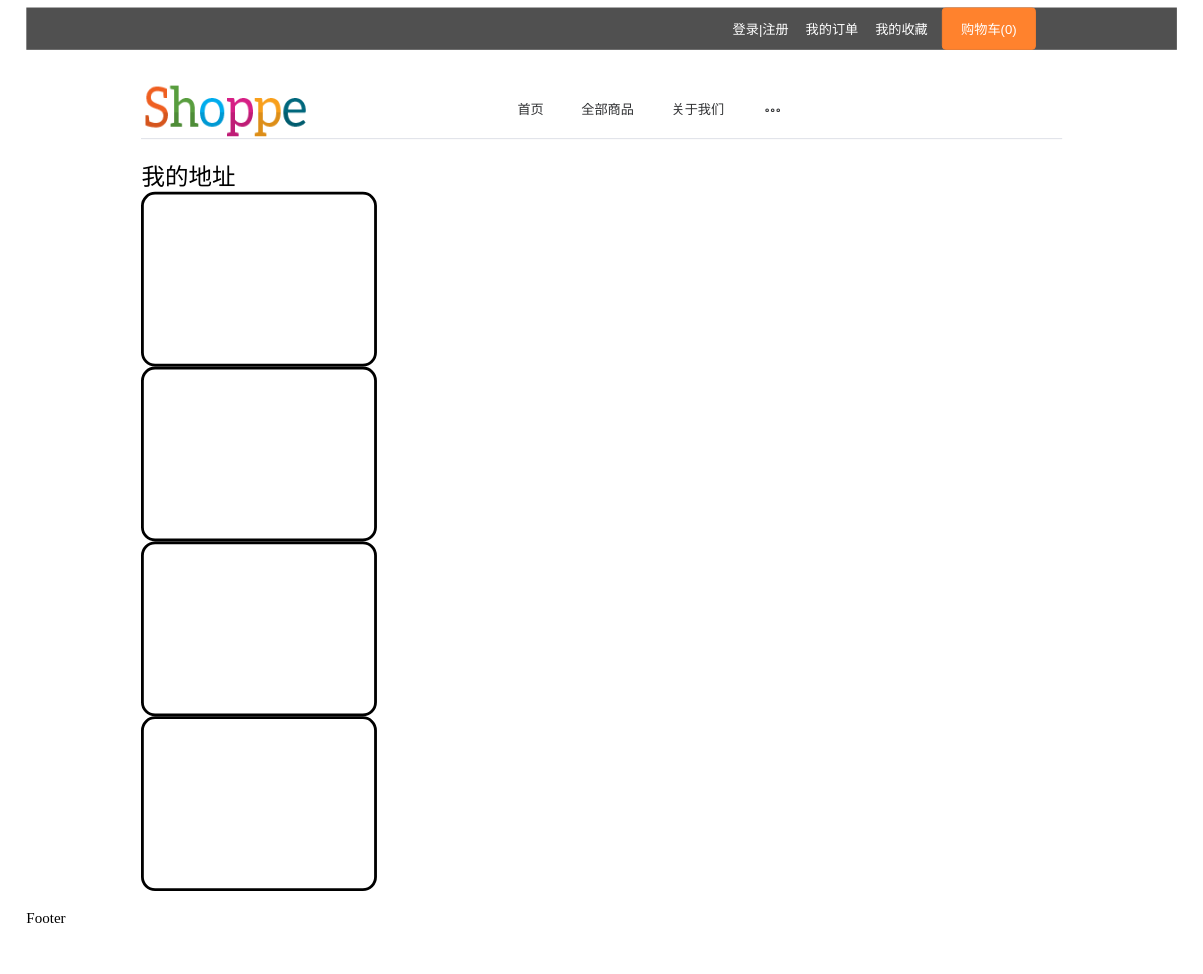
Repository: zhenghaochang/---
Page: /#/confirmOrder (app in xiaomi/)
The author's editor kept a copy of each file at every save. The page is drawn from the files as they stood at one save, then again after the next save.
The browser window is 1280 px wide. The pictures show the whole page, at 94% of full size.
The project was rebuilt for these pictures with package versions that can differ from the ones it lists, and the page was loaded fresh each time. Also part of the build but not shown: xiaomi/vite.config.js.

Above is the page before, as saved 2025-08-03 15:57:17.

### xiaomi/src/main.js
import { createApp } from 'vue';
import ElementPlus from 'element-plus';
import 'element-plus/dist/index.css';
import router from './router/router';
import App from './App.vue';
import * as ElementPlusIconsVue from '@element-plus/icons-vue';
import { createPinia } from 'pinia';
import piniaPluginPersistedstate from 'pinia-plugin-persistedstate'
const app = createApp(App);
const pinia = createPinia();
pinia.use(piniaPluginPersistedstate)
app.use(pinia);
for (const [key, component] of Object.entries(ElementPlusIconsVue)) {
    app.component(key, component);
}
app.use(router);
app.use(ElementPlus);
app.mount('#app');

### xiaomi/src/router/router.js
import {createRouter,createWebHashHistory} from 'vue-router'

let router = createRouter({
    history:createWebHashHistory(),
    routes:[
        {
            path:"/",
            component:()=>import('../components/main.vue'),
            redirect:"/home",
            children:[
                {
                    path:"/home",
                    component:() => import('../view/home.vue')
                },
                {
                    path:"/allGoods",
                    component:() => import('../view/allGoods.vue')
                },
                {
                    path:"/goods",
                    component:()=>import('../view/goods.vue')
                },
                {
                    path:"/orderList",
                    component:()=> import('../view/orderList.vue')
                },
                {
                    path:"/shoppingCart",
                    component:()=> import('../view/shoppingCart.vue')
                },
                {
                    path:"/collection",
                    component:()=> import('../view/collection.vue')
                },
                {
                    path:"/confirmOrder",
                    component:()=>import('../view/confirmOrder.vue')
                }
            ]
        }
    ]
})

export default router

### xiaomi/src/App.vue
<script setup>
import Menu from '../src/components/menu.vue'


</script>

<template>
    <div>
        <el-container>
            <el-header class="header"><Menu></Menu></el-header>
            <el-main class="main"><router-view></router-view></el-main>
            <el-footer>Footer</el-footer>
        </el-container>
    </div>
</template>

<style scoped>
.header{
/*     background-color: blue; */
    width:100%
}
/* .main{
    background-color: blue;
    width: 100%;
    display:flex;
    flex-direction: column;
    justify-content: center;
} */
</style>

### xiaomi/src/components/main.vue
<script setup>
import logo from '../assets/img/logo.png'
import { Search } from '@element-plus/icons-vue'
import {useRoute,useRouter} from 'vue-router'
import {goodsList, selectParam,total} from '../global/global'
import {getGoodsList} from '../global/global'

const router = useRouter()
const route = useRoute()

async function search(){
    console.log(selectParam.value.goodsName)
    router.push("/allGoods")
    getGoodsList()
}

</script>

<template>
    <div class="base_div">
        <!-- 菜单div -->
        <div style="width:80%;margin-bottom:20px">
            <el-menu
                :default-active="route.path"
                class="menu"
                mode="horizontal"
                @select="handleSelect"
                router
            >
                <div>
                    <img style="width:180px;height:60px;margin-right:200px" :src="logo" alt="">
                </div>
                <el-menu-item class="menu_item" index="/home">首页</el-menu-item>
                <el-menu-item class="menu_item" index="/allGoods">全部商品</el-menu-item>
                <el-menu-item class="menu_item" index="/aboutUs">关于我们</el-menu-item>
                <div>
                    <el-input
                        v-model="selectParam.goodsName"
                        style="margin-left:200px;width:250px"
                        placeholder="请输入商品名称"
                        class="input-with-select"

                    >
                        <template #append>
                            <el-button @click="search" :icon="Search" />
                        </template>
                    </el-input>
                </div>
            </el-menu>
        </div>
        <!-- 菜单div END -->
        <!-- 主体div -->
        <div style="width:100%">
            <router-view></router-view>
        </div>
    </div>
</template>

<style scoped>
.base_div{
    width: 100%;
    display:flex;
    flex-direction: column;
    align-items:center;
}
.menu{
    display:flex;
    align-items: center;
}
.menu_item{
    background-color: transparent !important;
}
</style>

### xiaomi/src/view/confirmOrder.vue
<script setup>

</script>

<template>
    <div class="base_div">
        <div style="width:80%;display:flex;flex-direction:column">
            <span style="font-size:25px">我的地址</span>
            <!-- <el-scrollbar style="display:flex;flex-wrap:wrap;justify-content:space-between" height="250px">

            </el-scrollbar> -->
            <div class="address_div" v-for="item in 4" :key="item">

            </div>
        </div>
    </div>
</template>

<style scoped>
.base_div{
    width: 100%;
    display: flex;
    flex-direction: column;
    align-items:center;
}
.address_div{
    width: 25%;
    height:180px;
    border-radius: 15px;
    border: 3px solid;

}
</style>

### xiaomi/src/components/menu.vue
<script setup>
import {ref,reactive} from 'vue'
import request from '../request/index'
import { ElMessage } from 'element-plus'
import {useUserStore} from '../store/index'
import {loginVisible,registVisible} from '../global/global'
import {useRouter,useRoute} from 'vue-router'


const store = useUserStore()
const router = useRouter()


const loginForm = ref({
    username:'',
    password:''
})

const registForm = ref({
    username:'',
    password:'',
    rePassword:'',
    name:''
})

const user = ref({
    id:0,
    username:'',
    name:'',
    numInCart:0,
    token:''
})

const loginFormRef = ref()
const registFormRef = ref()

const validateUsername = (rule,value,callback)=>{
    if(value.length==0){
      callback(new Error("用户名不能为空"))
    }else{
      callback()
    }
  }

  const validatePassword = (rule,value,callback)=>{
    if(value.length<4){
      callback(new Error("密码小于4位"))
    }else{
      callback()
    }
  }

  const validateRePassword = (rule,value,callback)=>{
    if(value.length<4){
      callback(new Error("密码小于4位"))
    }else{
      if(value != registForm.value.password){
        callback(new Error("密码不一致"))
      }else{
        callback()
      }
    }
  }

  const rules = {
    username:[{required:true,message:'用户名不能为空',validator:validateUsername}],
    password:[{required:true,message:'密码必须大于4位',validator:validatePassword}],
    rePassword:[{required:true,validator:validateRePassword}]
  }


async function login(){
    const valid = await loginFormRef.value.validate
    if(valid){
        let {data} = await request.post("/user/login",loginForm.value)
        if(data.code == 200){
            ElMessage.success('登录成功')
            user.value = data.data
            store.changeInfo(user.value)
            loginVisible.value = false
            location.reload()
        }else{
            ElMessage.error(data.msg)
        }
    }
}

async function regist(){
    const valid = await registFormRef.value.validate
    if(valid){
        let {data} = await request.post("/user/regist",registForm.value)
        if(data.code == 200){
            ElMessage.success('注册成功')
            registVisible.value = false
            loginVisible.value = true
        }else{
            ElMessage.error(data.msg)
        }
    }
}

function logout(){
    store.logout()
    location.reload()
}

</script>

<template>
    <div class="base_div">
        <el-button color="rgb(80,80,80)" @click="loginVisible = true" v-if="store.id==0" link>登录|注册</el-button>
        <div style="display:flex;align-items:center;margin-right:10px" v-else>
            <el-button color="rgb(80,80,80)" link>欢迎{{store.name}}</el-button>
            <el-button color="rgb(80,80,80)" @click="logout" link>退出登录</el-button>
        </div>
        <el-button color="rgb(80,80,80)" @click="()=>{router.push('/orderList')}" link>我的订单</el-button>
        <el-button color="rgb(80,80,80)" @click="()=>{router.push('/collection')}" link>我的收藏</el-button>
        <el-button  style="margin-right:150px;width:100px;height:100%;color:white"
         color="rgb(255,130, 45)"
         @click="()=>{router.push('/shoppingCart')}"
        >
            购物车({{store.numInCart}})
        </el-button>

        <!-- 登录窗口 -->
        <el-dialog v-model="loginVisible"  title="登录" width="300">
            <el-form :model="loginForm" ref="loginFormRef" :rules="rules">
                <el-form-item label="用户名" prop="username" :label-width="70">
                    <el-input v-model="loginForm.username" autocomplete="off" />
                </el-form-item>
                <el-form-item label="密码" prop="password" :label-width="70">
                    <el-input v-model="loginForm.password" autocomplete="off" type="password" show-password />
                </el-form-item>
            </el-form>
            <template #footer>
                <div style="display:flex;justify-content:space-between;align-items:center">
                    <el-button type="warning" @click="registVisible = true">注册</el-button>
                    <div>
                        <el-button @click="loginVisible = false">取消</el-button>
                        <el-button type="primary" @click="login">
                        登录
                        </el-button>
                    </div>

                </div>
            </template>
        </el-dialog>
        <!-- 登录窗口END -->
        <!-- 注册窗口 -->
        <el-dialog v-model="registVisible"  title="注册" width="350">
            <el-form :model="registForm" ref="registFormRef" :rules="rules">
                <el-form-item label="用户名" prop="username" :label-width="80">
                    <el-input v-model="registForm.username" autocomplete="off" />
                </el-form-item>
                <el-form-item label="密码" prop="password" :label-width="80">
                    <el-input v-model="registForm.password" autocomplete="off" type="password" show-password />
                </el-form-item>
                <el-form-item label="确认密码" prop="rePassword" :label-width="80">
                    <el-input v-model="registForm.rePassword" autocomplete="off" type="password" show-password />
                </el-form-item>
                <el-form-item label="姓名"  :label-width="80">
                    <el-input v-model="registForm.name" autocomplete="off"  />
                </el-form-item>
            </el-form>
            <template #footer>
                <div style="">
                    <div>
                        <el-button @click="registVisible = false">取消</el-button>
                        <el-button type="primary" @click="regist">
                        注册
                        </el-button>
                    </div>

                </div>
            </template>
        </el-dialog>
        <!-- 注册窗口END -->
    </div>
</template>

<style scoped>
.base_div{
    background-color:rgb(80,80,80);
    width:100%;
    height:45px;
    display: flex;
    justify-content:flex-end;
}
</style>

### xiaomi/src/global/global.js
import {ref} from 'vue'
import request from '../request'

export const selectParam = ref({
    categoryId:0,
    pageSize:15,
    currentPage:1,
    goodsName:''
})

export const goodsList = ref([])

export const total = ref(0)

export async function getGoodsList(){
    let {data} = await request.post("/goods/getAllGoodsList",selectParam.value)
    goodsList.value = data.data.goods
    total.value = data.data.total
}

export const loginVisible = ref(false)
export const registVisible = ref(false)

### xiaomi/src/request/index.js
import axios from 'axios'
import { ElMessage } from 'element-plus'
import {useUserStore} from '../store/index'
import {loginVisible} from '../global/global'



const request = axios.create({
    baseURL:'http://localhost:8080',
    timeout:10000
})

request.interceptors.request.use(
    config => {
        const store = useUserStore()
        const token = store.token
        console.log("token:"+token)
        if(token){
            config.headers['authorization'] = token
        }
        return config
    },
    error => Promise.reject(error)
)

request.interceptors.response.use(
    response =>{
        return response
    },
    error => {
        const store = useUserStore()
        console.log(error)
        if(error.status == 401){
            ElMessage.error('请登录')
            store.logout()
            loginVisible.value = true
        }else{
            ElMessage.error(error.response?.data?.msg || '网络错误')
        }
        return Promise.reject(error)
    }

)




export default request

### xiaomi/src/store/index.js
import {defineStore} from 'pinia'
import request from '../request'

const user = {
    id:0,
    username:'',
    name:'',
    numInCart:0,
    token:''
}

export const useUserStore = defineStore('userInfo',{
    state:()=>({
        id:0,
        username:'',
        name:'',
        numInCart:0,
        token:''
    }),
    getters:{},
    actions:{
        changeInfo(user){
            this.id = user.id,
            this.username = user.username,
            this.name = user.name,
            this.numInCart = user.numInCart,
            this.token = user.token
        },
        logout(){
            this.id = 0,
            this.username = '',
            this.name = '',
            this.numInCart = 0,
            this.token = ''
        },
        async updateNum(){
            let {data} = await request.get("/shoppingCart/getNumInCart")
            this.numInCart = data.data
        }
    },
    persist: true
}
)

Loaded but not shown: xiaomi/index.html (common file)

After the next save:
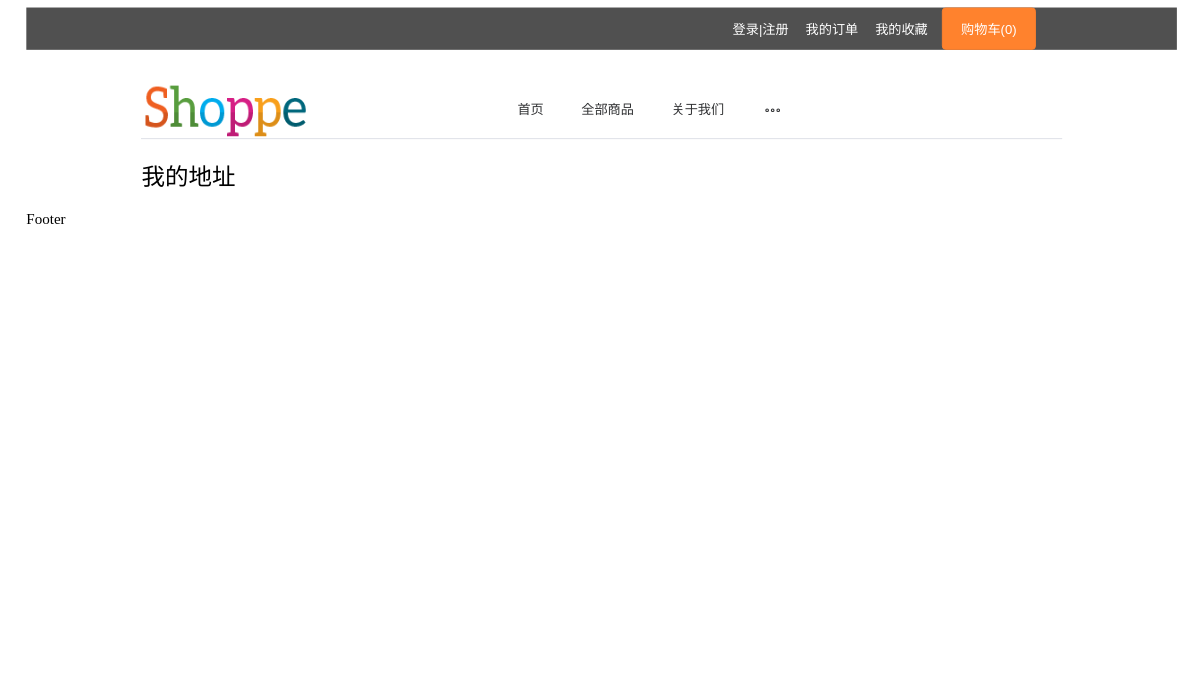
Saved 15 s later.
--- a/xiaomi/src/view/confirmOrder.vue
+++ b/xiaomi/src/view/confirmOrder.vue
@@ -9,9 +9,7 @@
             <!-- <el-scrollbar style="display:flex;flex-wrap:wrap;justify-content:space-between" height="250px">
 
             </el-scrollbar> -->
-            <div class="address_div" v-for="item in 4" :key="item">
 
-            </div>
         </div>
     </div>
 </template>
